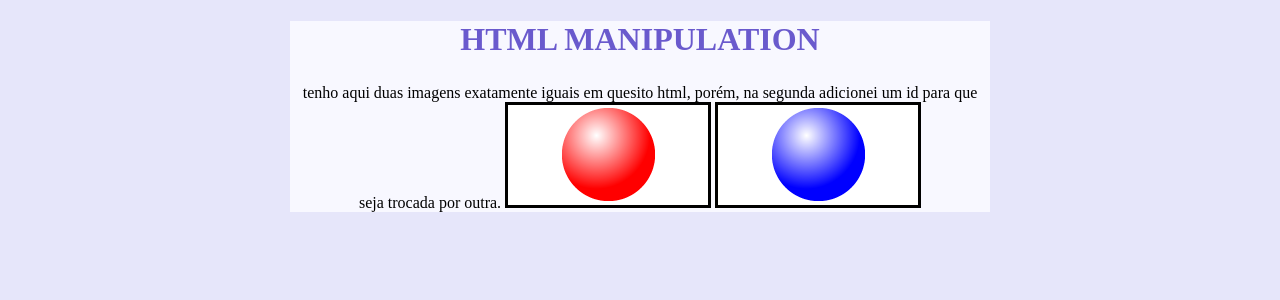
Repository: 2001mariana/jquery
Page: html-manipulation.html
The author's editor kept a copy of each file at every save. The page is drawn from the files as they stood at one save, then again after a run of saves.
The browser window is 1280 px wide. The pictures show the whole page.

Above is the page before, as saved 2022-07-27 10:23:59.

After the next 4 saves:
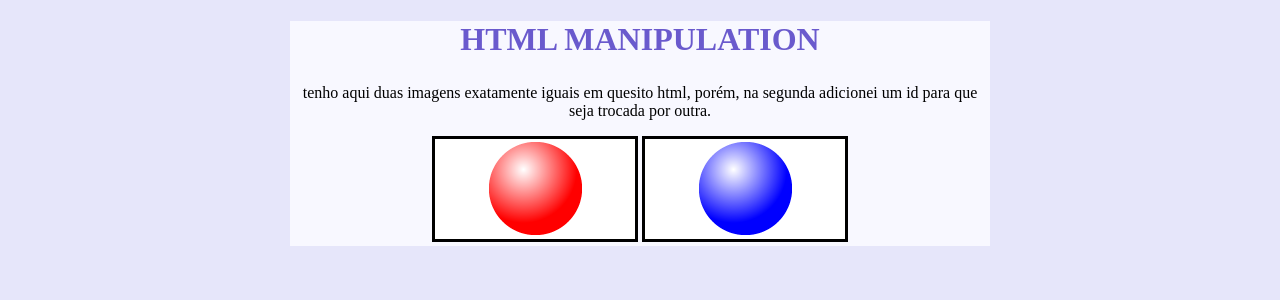
The 4 saves are shown as one change because they came seconds apart.
The last was saved 11 s later.
--- a/html-manipulation.html
+++ b/html-manipulation.html
@@ -12,8 +12,7 @@
 <body style="background-color: #E6E6FA;">
     <div id="page-size" style="background-color: #F8F8FF;">
       <h1>HTML MANIPULATION</h1>
-
-      tenho aqui duas imagens exatamente iguais em quesito html, porém, na segunda adicionei um id para que seja trocada por outra.
+      <p>tenho aqui duas imagens exatamente iguais em quesito html, porém, na segunda adicionei um id para que seja trocada por outra.</p>
       <img src="img/esfera_1.png" border="3" />
       <img src="img/esfera_1.png" border="3" id="trocar-img" />
       </div>
